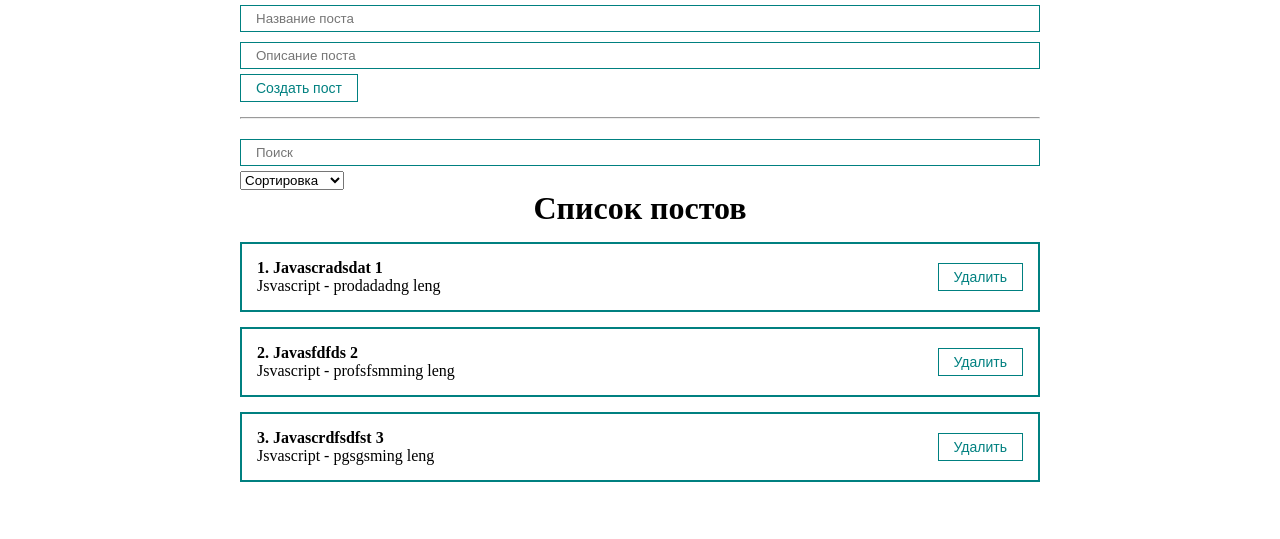
Repository: tsydikov/reactTodo
Page: /
The author's editor kept a copy of each file at every save. The page is drawn from the files as they stood at one save, then again after the next save.
The browser window is 1280 px wide. The pictures show the whole page.
The project was rebuilt for these pictures with package versions that can differ from the ones it lists, and the page was loaded fresh each time. Also part of the build but not shown: src/UI/MyModal/MyModal.module.css.

Above is the page before, as saved 2021-08-29 17:22:54.

After the next save:
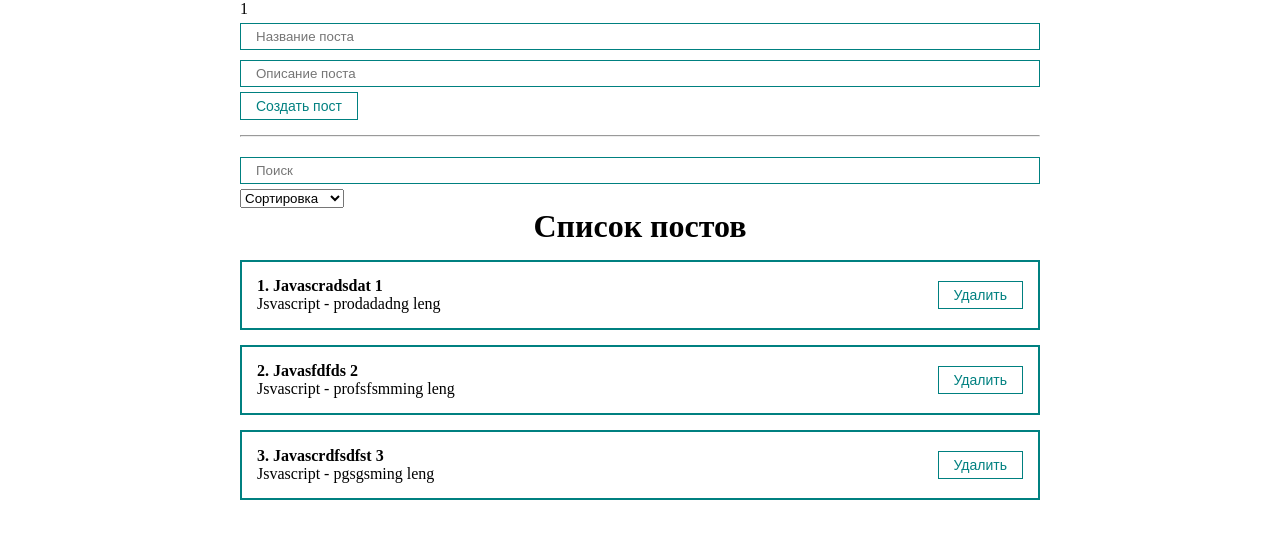
Saved 15 s later.
--- a/src/App.js
+++ b/src/App.js
@@ -35,7 +35,7 @@ function App() {
   return (
     <div className="App">
       <MyModal>
-
+        1
       </MyModal>
       <PostForm create={createPost} />
       <hr style={{ margin: '15px 0' }} />
